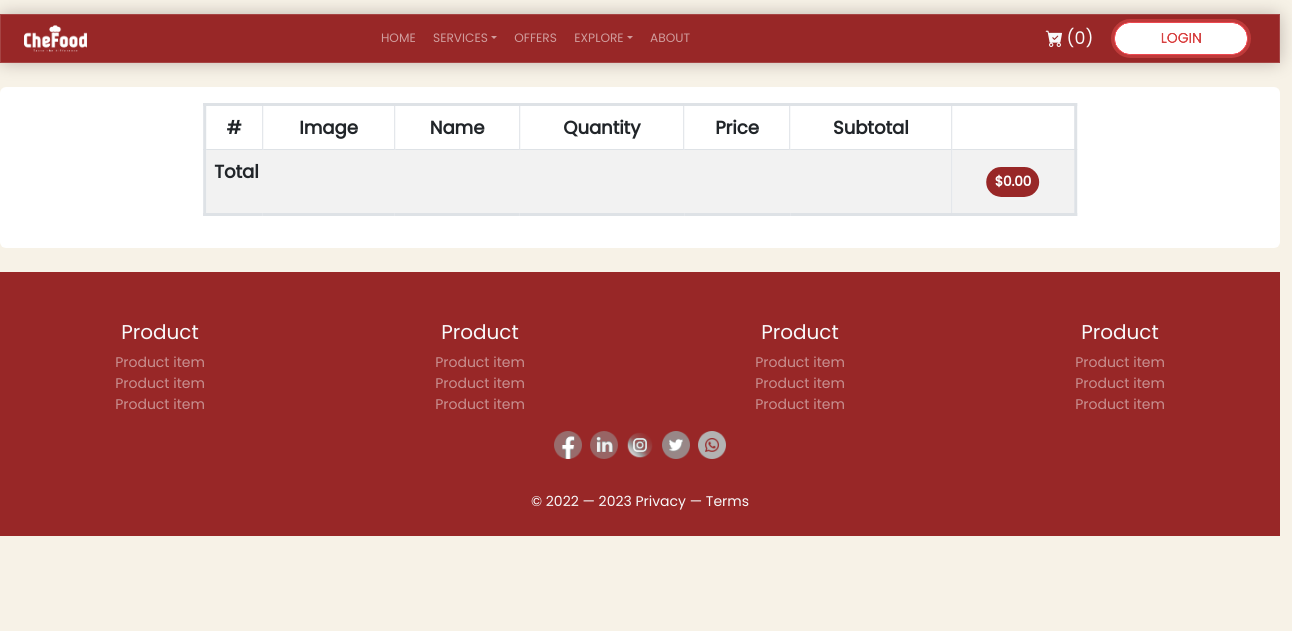
Repository: qamchamine/chefood
Page: /cart (app in front-end/)
These files come from the project's save history. The page is drawn as it stood at one moment and after the next save; the edit follows.
The browser window is 1280 px wide. The page is 1292 px wide, so the pictures cover 1292 px, including what lies to the right of the window. The pictures show the whole page.
The project was rebuilt for these pictures with package versions that can differ from the ones it lists, and the page was loaded fresh each time. Some packages were replaced by stand-ins written for this rebuild. Also part of the build but not shown: front-end/src/css/products.css, front-end/src/components/small_components/ProductCard.jsx, front-end/src/components/small_components/AddProduct.jsx, front-end/src/components/pages/sub-pages/Products.jsx, front-end/src/components/small_components/ButtonMain.jsx, front-end/src/components/small_components/HomeCard.jsx, front-end/src/components/small_components/HomeCardFullSection.jsx, front-end/src/components/pages/Home.jsx and 33 more. Imported but missing from the stored project, and not drawn on this page: front-end/src/sounds/applause.mp3, front-end/src/sounds/wheel.mp3.

Above is the page before, as saved 2023-06-25 20:10:36.

### front-end/public/index.html
<!DOCTYPE html>
<html lang="en">
  <head>
    <meta charset="utf-8" />
    <link rel="icon" href="%PUBLIC_URL%/favicon.ico" />
    <meta name="viewport" content="width=device-width, initial-scale=1" />
    <meta name="theme-color" content="#000000" />
    <meta
      name="description"
      content="Web site created using create-react-app"
    />
    <link
    rel="stylesheet"
    href="https://fonts.googleapis.com/css?family=Roboto:400,700"
  />
  <link rel="stylesheet" href="https://cdn.jsdelivr.net/npm/bootstrap-icons@1.10.5/font/bootstrap-icons.css">

    <link rel="apple-touch-icon" href="%PUBLIC_URL%/logo192.png" />
    <link rel="manifest" href="%PUBLIC_URL%/manifest.json" />

    <link rel="stylesheet" href="https://fonts.googleapis.com/icon?family=Material+Icons">

    <link rel="stylesheet" href="https://maxcdn.bootstrapcdn.com/font-awesome/4.7.0/css/font-awesome.min.css">
    <script src="https://code.jquery.com/jquery-3.5.1.min.js"></script>
    <script src="https://cdn.jsdelivr.net/npm/popper.js@1.16.0/dist/umd/popper.min.js"></script>




    <title>React App</title>
  </head>
  <body>

    <div id="root"></div>
<!--     <script src="jquery/jquery-3.6.0.js"></script>  -->
    <script src="https://unpkg.com/sweetalert/dist/sweetalert.min.js"></script>

  </body>
</html>

### front-end/src/config/ShoppingContext.jsx

  import React, { createContext, useState, useEffect } from 'react';
  import Swal from 'sweetalert2'
  import axios from 'axios';

   const ShoppingContext = createContext();

const ShoppingProvider = ({ children }) => {
/*     const [orders,setOrders] = useState([])
     */

/*       function removeFromCart(item){
        setCartItems(cartItems.filter(product => product.id !== item.id));
        Swal.fire({
          position: 'top-end',
          icon: 'success',
          title: 'Your item has been removed',
          showConfirmButton: false,
          timer: 1500
        });
      } */

      return (
    <ShoppingContext.Provider value={
        { /* orders,setOrders */
          /* products,  cartItems, removeFromCart */
        }
      }>      {children}
    </ShoppingContext.Provider>
  );
};
export { ShoppingContext, ShoppingProvider }

### front-end/src/components/Footer.jsx
import React, { useEffect } from 'react'

import Facebook from '../images/icons/facebook.png'
import Linkedin from '../images/icons/linkedin.png'
import Instagram from '../images/icons/instagram.png'
import Twitter from '../images/icons/twitter.png'
import Whatsapp from '../images/icons/whatsapp.png'
import './../css/nav-footer.css';
export default function Footer() {

    return (
        <div className='footer container-fluid' style={{ background: '#982727' }}>
            <footer className=' py-2 pt-5 d-grid text-light'>
                <div className='row justify-content-around text-center '>
                    <div className='d-grid col-6 col-sm-12 col-md-6 col-lg-4 col-xl-3'>
                        <h5>Product</h5>
                        <a className='text-decoration-none text-light opacity-50' href="">Product item</a>
                        <a className='text-decoration-none text-light opacity-50' href="">Product item</a>
                        <a className='text-decoration-none text-light opacity-50' href="">Product item</a>
                    </div>
                    <div className='d-grid col-6 col-sm-12 col-md-6 col-lg-4 col-xl-3'>
                        <h5>Product</h5>
                        <a className='text-decoration-none text-light opacity-50' href="">Product item</a>
                        <a className='text-decoration-none text-light opacity-50' href="">Product item</a>
                        <a className='text-decoration-none text-light opacity-50' href="">Product item</a>
                    </div>
                    <div className='d-grid col-6 col-sm-12 col-md-6 col-lg-4 col-xl-3'>
                        <h5>Product</h5>
                        <a className='text-decoration-none text-light opacity-50' href="">Product item</a>
                        <a className='text-decoration-none text-light opacity-50' href="">Product item</a>
                        <a className='text-decoration-none text-light opacity-50' href="">Product item</a>
                    </div>
                    <div className='d-grid col-6 col-sm-12 col-md-6 col-lg-4 col-xl-3'>
                        <h5>Product</h5>
                        <a className='text-decoration-none text-light opacity-50' href="">Product item</a>
                        <a className='text-decoration-none text-light opacity-50' href="">Product item</a>
                        <a className='text-decoration-none text-light opacity-50' href="">Product item</a>
                    </div>
                </div>
                <div className='footer-icons row justify-content-center py-3 '>
                    <div className='d-flex gap-2 justify-content-center'>
                        <a href=""> <img src={Facebook} className='footer-icon' alt="" /> </a>
                        <a href=""> <img src={Linkedin} className='footer-icon' alt="" /> </a>
                        <a href=""> <img src={Instagram} className='footer-icon' alt="" /> </a>
                        <a href=""> <img src={Twitter} className='footer-icon' alt="" /> </a>
                        <a href=""> <img src={Whatsapp} className='footer-icon' alt="" /> </a>

                    </div>
                </div>
                <div className='row justify-content-center py-3'>
                    © 2022 — 2023 Privacy — Terms
                </div>
            </footer>
        </div>

    )
}

### front-end/src/components/small_components/shopping/Cart.jsx
import React,{useContext ,useEffect, useState} from 'react';
import axios from 'axios';
import '../../../css/cart.css'
import { ShoppingContext } from '../../../config/ShoppingContext';
import { LoginContext } from '../../../config/LoginContext';
import { getProd } from '../../pages/sub-pages/Products';
export default function Cart() {
    const {orders, setOrders} = useContext(LoginContext);
    const {prod, setProd} = useContext(LoginContext);
    const {userData, setUserData} = useContext(LoginContext);
    const {isLoggedIn} = useContext(LoginContext);
    const {loading, setLoading} = useContext(LoginContext);
    const [userOrders, setUserOrders] = useState([]);

/* useEffect(() => {
  setUserOrders(orders.filter(el=>el.user_id === 1))

  console.log(userOrders);
},[]); */

    return (
        <div className="row my-4 cart-page">
            <div className="col-md-12">
                <div className="card">
                    <div className="card-body">
                        <table className="table table-hover table-striped ajouterPanierTable table-bordered">
                            <thead >
                                <tr>
                                    <th >#</th>
                                    <th >Image</th>
                                    <th >Name</th>
                                    <th >Quantity</th>
                                    <th >Price</th>
                                    <th>Subtotal</th>
                                    <th ></th>
                                </tr>
                            </thead>
                            <tbody>
                            { isLoggedIn?orders.map((item,i) => (
                                    <tr key={item.id}>

                                        <th scope="row">{i+1}</th>
                                        <td>
                {/*                             <img src={require(`../../../images/products/${prod.find(el=>el.id==item.product_id).category} (${prod.find((el,i)=>el.id===item.product_id).img}).png`)} alt={item.product_name}
                                                className="img-fluid rounded"
                                                width={60} height={60} /> */}
                                        </td>
                                        <td>{item.product_name}</td>
                                        <td>

                                            <b className="mx-2">
                                                {item.product_quantity}
                                            </b>

                                        </td>
                                        <td>{prod.find((el,i)=>el.id===item.product_id).price} <b>MAD</b> </td>
                                       <td>{(item.product_quantity * prod.find((el,i)=>el.id===item.product_id).price).toFixed(2)} MAD</td>
                                        <td>
                                            <i
                                                className="bi bi-cart-x text-danger"
                                                style={{cursor: 'pointer'}}
                                          /*       onClick={() => removeFromCart(item)} */
                                            ></i>
                                        </td>
                                    </tr>
                                )): ''
                            }
                            <tr>
                                <th colSpan={6} className="text-start">
                                    Total
                                </th>
                                <th colSpan={1} className=" b py-3">
                                    <span style={{background:'#982727'}} className="badge text-center p-2 rounded-pill ">
                                        $
                                        {
                                            orders.reduce((acc,item) => acc += item.product_quantity * prod.find((el,i)=>el.id===item.product_id).price,0).toFixed(2)
                                        }
                                    </span>
                                </th>
                            </tr>
                            </tbody>
                        </table>
                    </div>
                </div>
            </div>
        </div>
    )
}

### front-end/src/css/home.css
.homeBG {
    height: fit-content;
    position: relative;
    right: -10%;
    top: 34%;
    z-index: -1;
    width: 100em !important;


}
@font-face {
    font-family: 'poppin';
    src: url('../fonts/Poppins/Poppins-Regular.ttf') ;
    font-weight: normal;
    font-style: normal;
  }
body {
    font-family:'poppin', sans-serif !important;
    background-color: #F7F2E7 !important;
    max-width: 100vw;
    font-weight: normal !important;
    overflow-x: hidden;
    font-size: 14px !important;
}

body::-webkit-scrollbar {
    width: 0;
}

.nb {
/*     position: fixed; */
/*     top: 1em; */
    background-color: #982727 !important;
    box-shadow: 0 0px 20px #1f020241;
    border: 1px solid #ffffff22;
}

.navbar {
    background-color: #982727 !important;
}

.changeColor {
    background-color: blue !important;
}

.signUP {
    background: white !important;
    color: #982727 !important;
    font-weight: bold !important;
    outline: 5px solid #982727ab;
    outline-offset: -2px;
    transition: 500ms ease;


}

.homeContent {
    height: 90vh;
    z-index: 0;
    margin-top: -1.5em !important;
}

.homeContent h1 {
    color: #F7F2E7;
    text-align: start;
width: 40vw !important;
}

.homeContent h1 span {
    position: relative;
    display: inline-block;
    margin-bottom: 10px;
    padding: 4px 20px 8px;
    transition: 1s ease;
}

.homeContent h1 span::before {
    content: '';
    position: absolute;
    background: #982727;
    left: 0;
    top: 0;
    z-index: -1;
    width: 100%;
    height: 100%;
    transform: skew(-10deg);
}

.homeContent h1 span:last-child::before {
    transform: skew(10deg);
}

.homeContent p {
    width: 72%;
    color: #982727;
    text-align: left;
}

.homeContent .homeMainButtons {
    width: 72%;
}

.cardBtn {
    transition: 1s ease;
}

.cardBtn:hover {
    filter: brightness(130%);

}

.cardBtn i {
    left: 63%;
    transition: 300ms ease;
}

.cardBtn:hover i {
    left: 75%;
}

.btnMain:hover {
    filter: brightness(130%);
}

.card-img-top {
    object-fit: cover;
}

.signUP:hover {

    background: #982727 !important;
    color: white !important;
    font-weight: bold !important;
    outline: 5px solid #ffffff55;
    outline-offset: -4px;
}

.cardsGroup:not(:first-child) {
    translate: 50% 0;
}

.arrow-1-1 {
    position: absolute;
    top: 50%;
    left: 0;
}

.home .carousel-control-prev-icon,
.home .carousel-control-next-icon {

    width: 1.3em;
    height: 1.3em;
    color:black !important;

    outline: 12px solid #982929;
    outline-offset: -1px;
    background-color: #982929;
    background-size: 100%, 100%;
    border-radius: 50%;
    box-shadow: 0 0 10px black;
}

.home .carousel-control-prev,
.home .carousel-control-next {
    z-index: 10;
    width: 4em !important;
/*     background: red; */

}

/* .py-4 {
    padding-top: 0rem !important;
    padding-bottom: 0rem !important;
} */

.nb{
    zoom:87%;
}

### front-end/src/css/cart.css
.ajouterPanierTable td{
    font-size: .9em;
    width: fit-content !important;
    text-align: center;
}
.ajouterPanierTable th{
    width: fit-content !important;
    text-align: center;
}
.ajouterPanierTable {
width: 70% !important;
position: relative;
left: 50%;
translate: -50% 0;
border: .2em solid black;
}
.cart-page .card {
    box-shadow:none;
}

### front-end/src/css/Reviews.css
.Reviews-color
{
  color : #982727;
  text-transform: uppercase;
  letter-spacing: 0.5em;
}
.Reviews-paragraph
{
  font-size: 0.8em;
}
.parent-card{
    margin-top:50px !important;
}
.card
{
    border: none !important;
    box-shadow: 0 4px 8px 0 rgba(0, 0, 0, 0.2), 0 6px 20px 0 rgba(0, 0, 0, 0.19);
}
.user-name
{
    color : #000D7E;
}
.description
{
    color: #982727;
    font-size: 0.75em;
}
.comment{
    margin:5px;
    font-size:0.55em;
}
.reviewCardImage{
    margin-top:16px;
}
.reviewCard:hover .reviewCardImage{
    scale:1.2;
    margin-inline:.3em;
}
.reviewCard:hover .reviewCardImage{
    transition:300ms ease;
}
.reviewCard:hover .hoverstar{
    scale:1.2;
    margin-inline:.3em;
}
.reviewCard .hoverstar{
    transition:300ms ease;
}
.reviewCardImage{
    width:40%;
    transition:300ms ease;
}

.reviewCard strong{
    left:50%;
    translate:-50% 0;
    width:100%;
    bottom:.9em;
}

.the-bottom-page{
    margin-top:25px;
    position: absolute;
    left: auto;
    right: 0;
}

@media (max-width: 1200px) { /* Extra large devices (large desktops, 1200px and up) */
    .card {
      width: 100%;
    }
    .col-4 {
      width: 33.33333333%;
    }
    strong img{
        width: 19px;
    }
  }
  @media (max-width: 1118px) { /* Large devices (desktops, 992px and up) */
    .card {
      width: 100%;
    }
    .col-4 {
        width: 33.33333333%;
    }
    strong img{
        width: 16px;
    }
  }
  @media (max-width: 992px) { /* Medium devices (tablets, 768px and up) */
    .card {
        width: 140%;
    }
  }
  @media (max-width: 770px) { /* Medium devices (tablets, 768px and up) */
    .card {
        width: 95%;
    }
    .col-4 {
        width: 25% !important;
    }
    .parent-card
    {
        --bs-gutter-x: 0.5rem;
        display: grid !important;
        grid-template-columns: repeat(2, 1fr);
    }
    .col-4 {
        margin-top:10px !important;
        width: 60% !important;
    }
  }
  @media (max-width: 716px) { /* Small devices (landscape phones, 576px and up) */

    .card {
        width: 95%;
    }
        strong img{
        width: 16px;
    }
  }
  @media only screen and (max-width: 576px){ /* Small devices (landscape phones, 576px and up) */

    .card {
        width: 95%;
    }
    .col-md-2 {
        flex: 0 0 16.666667%;
        max-width: 16.666667%;
    }
    strong img{
        width: 16px;
    }
  }

  @media only screen and (max-width: 528px){ /* Small devices (landscape phones, 576px and up) */

    .card {
        width: 70%;
        margin-left:30px;
    }
    .parent-card
    {
        --bs-gutter-x: 0.5rem;
        display: grid !important;
        grid-template-columns: repeat(1, 1fr);
    }
    .col-md-2 {
        flex: 0 0 16.666667%;
        max-width: 16.666667%;
    }
    strong img{
        width: 16px;
    }
  }

  @media only screen and (max-width: 365px){ /* Small devices (landscape phones, 576px and up) */

    .card {
        width: 80%;
        margin-left:20px;
    }
    .parent-card
    {
        --bs-gutter-x: 0.5rem;
        display: grid !important;
        grid-template-columns: repeat(1, 1fr);
    }
    .col-md-2 {
        flex: 0 0 16.666667%;
        max-width: 16.666667%;
    }
    strong img{
        width: 16px;
    }
  }

### front-end/src/css/location.css
@import url('https://fonts.googleapis.com/css2?family=Roboto:wght@100&display=swap');

.location-color
{
  color : #982727;
  text-transform: uppercase;
  letter-spacing: 0.3em;
}
.where-restorant
{
    width: 459px;
    margin:auto;
}
.restorant-location-title{
    font-family: 'Century Gothic';
    font-size:32px;
    font-weight:400;
}
.restorant-location-line{
    background:#B12222;
    height: 3px;
    width: 450px;
    display: inline-block;
    margin: 15px auto;
}
.restorant-location-p
{
    color:#000000 75%;
    font-size: 15px;
    font-weight: 400;
    font-family: 'Roboto', sans-serif;
}
.main-location{
    display: grid !important;
    grid-template-columns: repeat(2, 1fr);
    flex-direction: column;
    justify-content: center;
    align-items: center;
    text-align:center;
}
.restorant-location-btn{
    background-color: #B12222;
    border: none;
    width: 300px;
    height: 40px;
    border-radius: 15px;
    color: #fff;
}
.restorant-location-btn:hover{
    background-color: #fff;
    border: 2px solid #B12222;
    border-radius: 15px;
    color: #B12222;
}
.location-icon{
    margin-right: 15px;
}


  @media (max-width: 1123px) { /* Extra large devices (large desktops, 1200px and up) */
    .earth-image img{
        width: 450px;
    }
  }
  @media (max-width: 992px) { /* Medium devices (tablets, 768px and up) */
    .earth-image img{
        width: 400px;
    }
    .where-restorant {
        width: 400px;
        margin: auto;
    }
    .restorant-location-line{
        width: 350px;
        display: inline-block;
    }
  }
  @media (max-width: 868px) { /* Medium devices (tablets, 768px and up) */

    .earth-image img{
        width: 380px;
    }
    .where-restorant {
        width: 380px;
        margin: auto;
    }
    .restorant-location-line{
        width: 320px;
        display: inline-block;
    }
    .restorant-location-p{
        font-size: 13px;
    }
    .restorant-location-title{
        font-size:28px;
    }

  }
  @media (max-width: 783px) { /* Small devices (landscape phones, 576px and up) */
    .earth-image img{
        margin-top: 30px;
        width: 380px;
    }
    .where-restorant {
        width: 380px;
        margin: auto;
    }
    .restorant-location-line{
        width: 320px;
        display: inline-block;
    }
    .restorant-location-p{
        font-size: 15px;
    }
    .restorant-location-title{
        font-size:32px;
    }
    .main-location{
        display: grid !important;
        grid-template-columns: repeat(1, 1fr);
        justify-items: center;
        text-align:center;
    }
  }
  @media(max-width: 401px){ /* Small devices (landscape phones, 576px and up) */
    .earth-image img{
        width: 330px;
        margin-top: 30px;
    }
    .where-restorant {
        width: 330px;
        margin: auto;
    }
    .restorant-location-line{
        width: 320px;
        display: inline-block;
    }
    .restorant-location-p{
        font-size: 13px;
    }
    .restorant-location-title{
        font-size:28px;
    }
    .main-location{
        display: grid !important;
        grid-template-columns: repeat(1, 1fr);
        justify-items: center;
        text-align:center;
    }
  }

### front-end/src/css/Timer.css

@import url(https://fonts.googleapis.com/css?family=Titillium+Web:400,200,200italic,300,300italic,900,700italic,700,600italic,600,400italic);

/* .timer {
  font-family: 'Titillium Web', cursive;
  width: 800px;
  margin: 0 auto;
  text-align: center;
  color: white;
  background: #222;
  font-weight: 100;
} */

.timer {
  display: inline-flex;
  line-height: 1;
  padding: 20px;
  font-size: 40px;
  font-family: 'Times New Roman', cursive;


}
.timerD{
    border-radius: 2px;
    padding: 5px;
    font-size: 10px;
    border: 70px rgb(131, 55, 55);
    box-shadow:2px 2px 4px rgba(0, 0, 0, 0.4), 4px 4px 8px rgba(0, 0, 0, 0.2);
}

.Stime {
  display: block;
  font-size: 20px;
  color: rgb(206, 178, 19);

}

#days {
  font-size: 80px;
  color: rgb(92, 25, 5);
  background-color:rgb(230, 230, 234);

  margin: 15px;
}
#hours {
  font-size: 80px;
  color: rgb(92, 25, 5);
  background-color:rgb(230, 230, 234);
  margin: 15px;
}
#minutes {
  font-size: 80px;

  color: rgb(92, 25, 5);
  background-color:rgb(230, 230, 234);
  margin: 15px;
}
#seconds {
  font-size: 80px;
  color: rgb(92, 25, 5);
  background-color:rgb(230, 230, 234);
  margin: 15px;
}

### front-end/src/css/delivery.css
.price {
    background: #982727;
    color: white;
    text-align: center;
    padding-block: 1em;
    border-radius: .5em;
}

.delivery-page .card {
    transition: 300ms ease;
    user-select: none;
}

.delivery-page .card ul {
    list-style-type: none;
}

.delivery-page .card:hover {
    filter: contrast(120%);
    cursor: pointer;
    outline: .3em solid #982727;
    box-shadow: 0 .4em 0px .3em #982727 !important;
}

.delivery-page {
    height: fit-content;
    display: flex;
    align-items: center;
    margin-top: 8em !important;
}
.scroll-bar-activated::-webkit-scrollbar {
    display: block !important;
    background: rgba(255, 0, 0, 0) !important;
    width: 1em !important;
}
.scroll-bar-activated{
    overflow: overlay !important;

}
.scroll-bar-activated::-webkit-scrollbar-thumb {
    display: block !important;
    background: linear-gradient(to bottom,transparent 0% 23%,#982727 20% 70%,transparent 50% 100%) !important;
    z-index: 10000000 !important;
    width: 10px !important;
}

.delivery-page>div {
    height: fit-content;
    position: relative;

}

.delivery-page>div:last-child h5 img {
    height: 11em;
}

h1.section-2{
    margin-top: 4em ;
}
.cards2{
    margin-bottom: 5em ;
}
h1{
    text-transform: uppercase;
    color: #6a2626;;
}

Loaded but not shown: front-end/src/index.css (common file); front-end/src/config/LoginContext.js (93 lines, source omitted); front-end/src/App.js (42 lines, source omitted); front-end/src/index.js (24 lines, source omitted); front-end/src/css/reservation.css (400 lines, source omitted); front-end/src/components/Navbar.jsx (179 lines, source omitted); front-end/src/css/nav-footer.css (258 lines, source omitted); front-end/src/css/contactus.css (178 lines, source omitted)

After the next save:
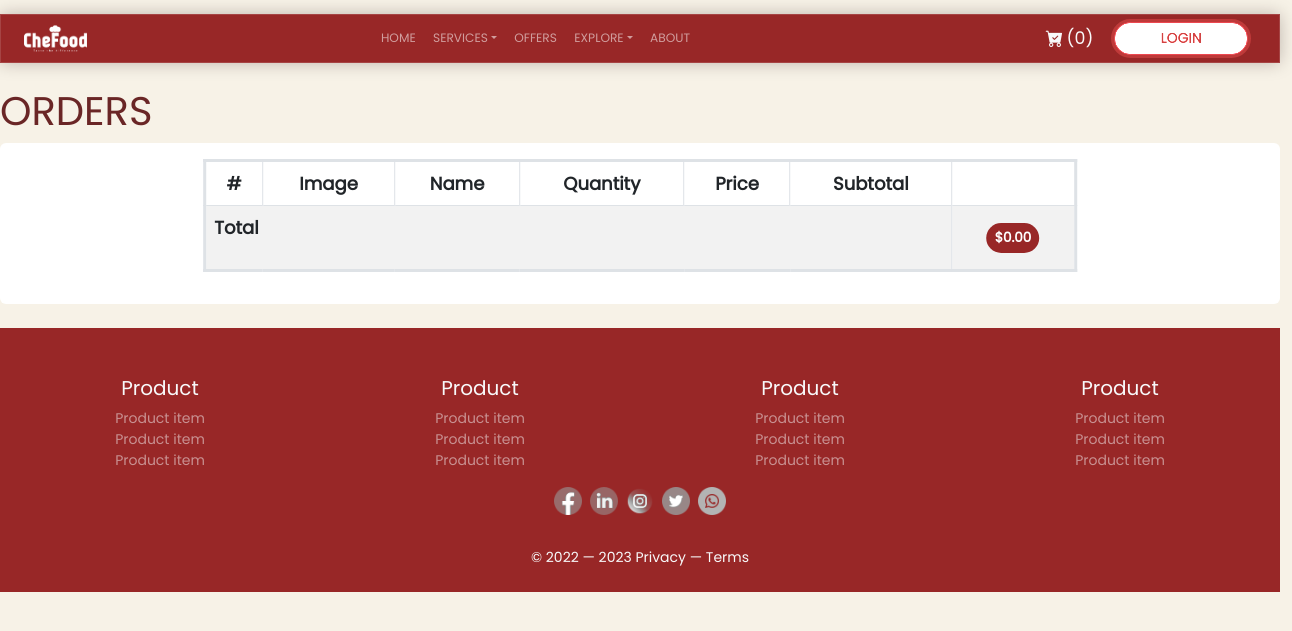
Saved 66 s later.
--- a/front-end/src/components/small_components/shopping/Cart.jsx
+++ b/front-end/src/components/small_components/shopping/Cart.jsx
@@ -20,6 +20,7 @@ export default function Cart() {
 
     return (
         <div className="row my-4 cart-page">
+            <h1>Orders</h1>
             <div className="col-md-12">
                 <div className="card">
                     <div className="card-body">
